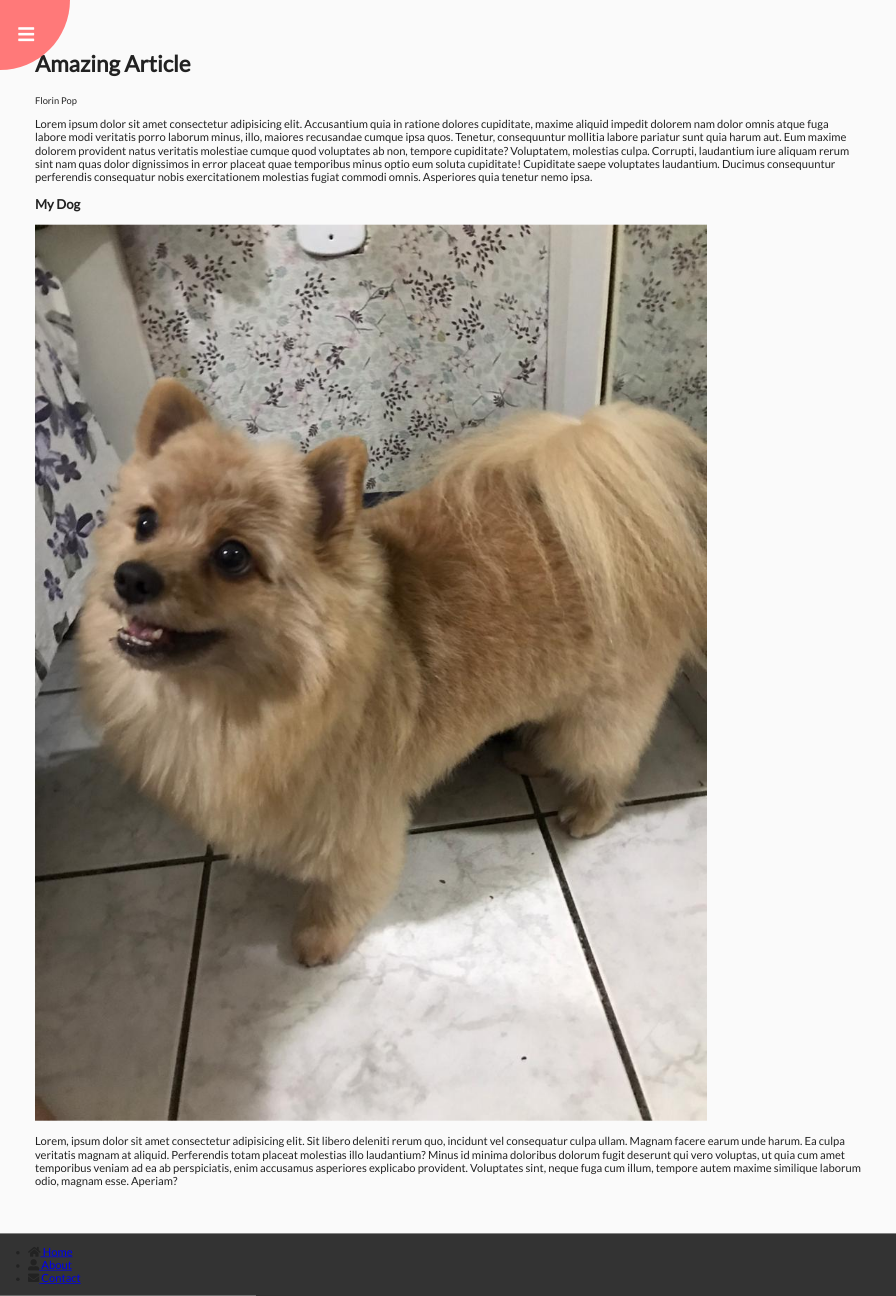
Repository: Williamlmachado/Rotating-Navigation
Page: index.html
An editor plug-in stored every save of this project. The page is shown before and after the next save, followed by the edit.
The browser window is 1280 px wide. The pictures show the whole page, at 70% of full size.
Some web libraries are served in a nearby version.

Above is the page before, as saved 2021-08-13 09:57:16.

After the next save:
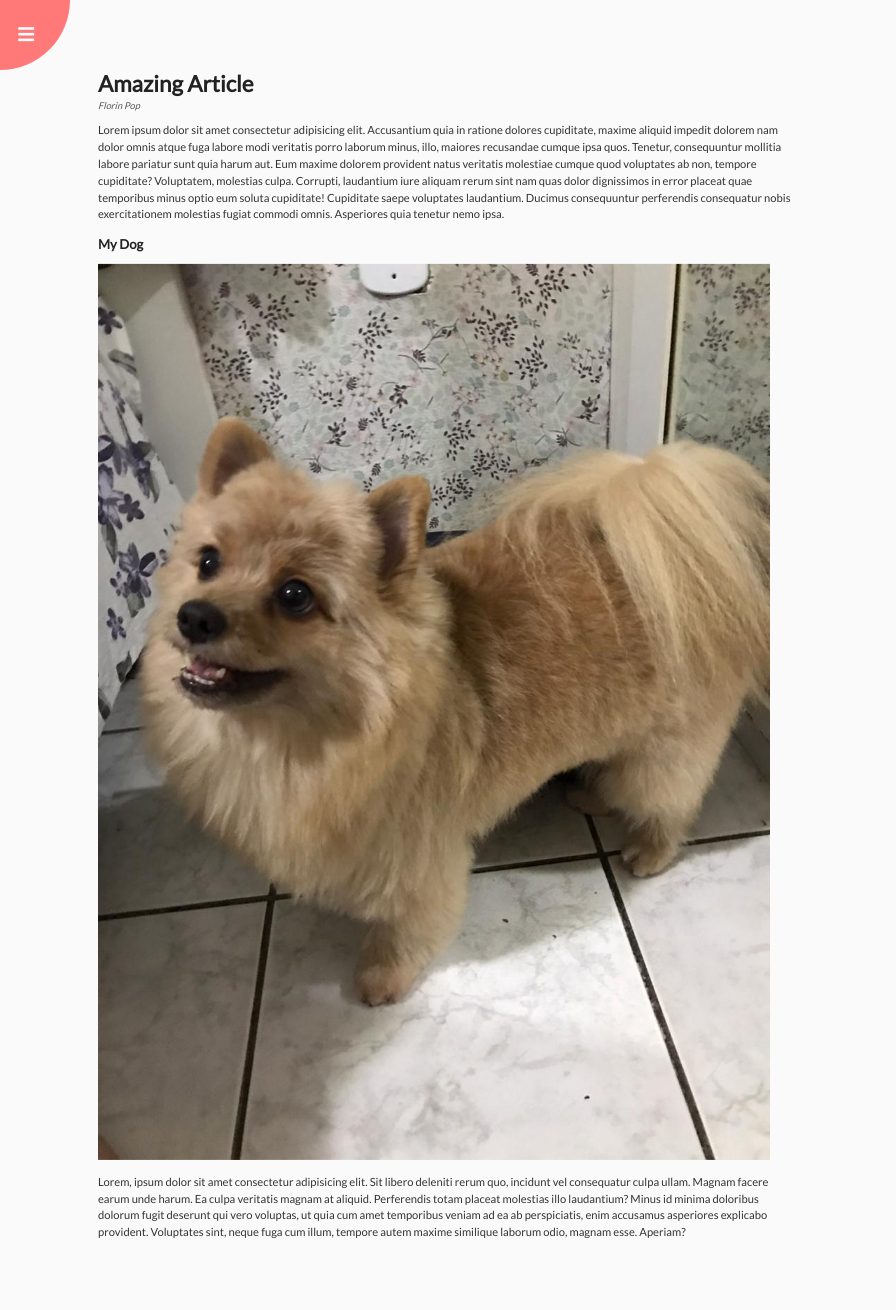
Saved 7 min 5 s later.
--- a/style.css
+++ b/style.css
@@ -69,3 +69,76 @@ body {
   transform: rotate(90deg);
   transform-origin: top left;
 }
+.container.show-nav + nav li {
+    transform: translateX(0);
+    transition-delay: 0.3s;
+  }
+
+  nav {
+    position: fixed;
+    bottom: 40px;
+    left: 0;
+    z-index: 100;
+  }
+
+  nav ul {
+    list-style-type: none;
+    padding-left: 30px;
+  }
+
+  nav ul li {
+    text-transform: uppercase;
+    color: #fff;
+    margin: 40px 0;
+    transform: translateX(-100%);
+    transition: transform 0.4s ease-in;
+  }
+
+  nav ul li i {
+    font-size: 20px;
+    margin-right: 10px;
+  }
+
+  nav ul li + li {
+    margin-left: 15px;
+    transform: translateX(-150%);
+  }
+
+  nav ul li + li + li {
+    margin-left: 30px;
+    transform: translateX(-200%);
+  }
+
+  nav a{
+    color: #fafafa;
+    text-decoration: none;
+    transition: all 0.5s;
+  }
+
+  nav a:hover {
+    color: #FF7979;
+    font-weight: bold;
+  }
+
+  .content img {
+    max-width: 100%;
+  }
+
+  .content {
+    max-width: 1000px;
+    margin: 50px auto;
+  }
+
+  .content h1 {
+    margin: 0;
+  }
+
+  .content small {
+    color: #555;
+    font-style: italic;
+  }
+
+  .content p {
+    color: #333;
+    line-height: 1.5;
+  }
